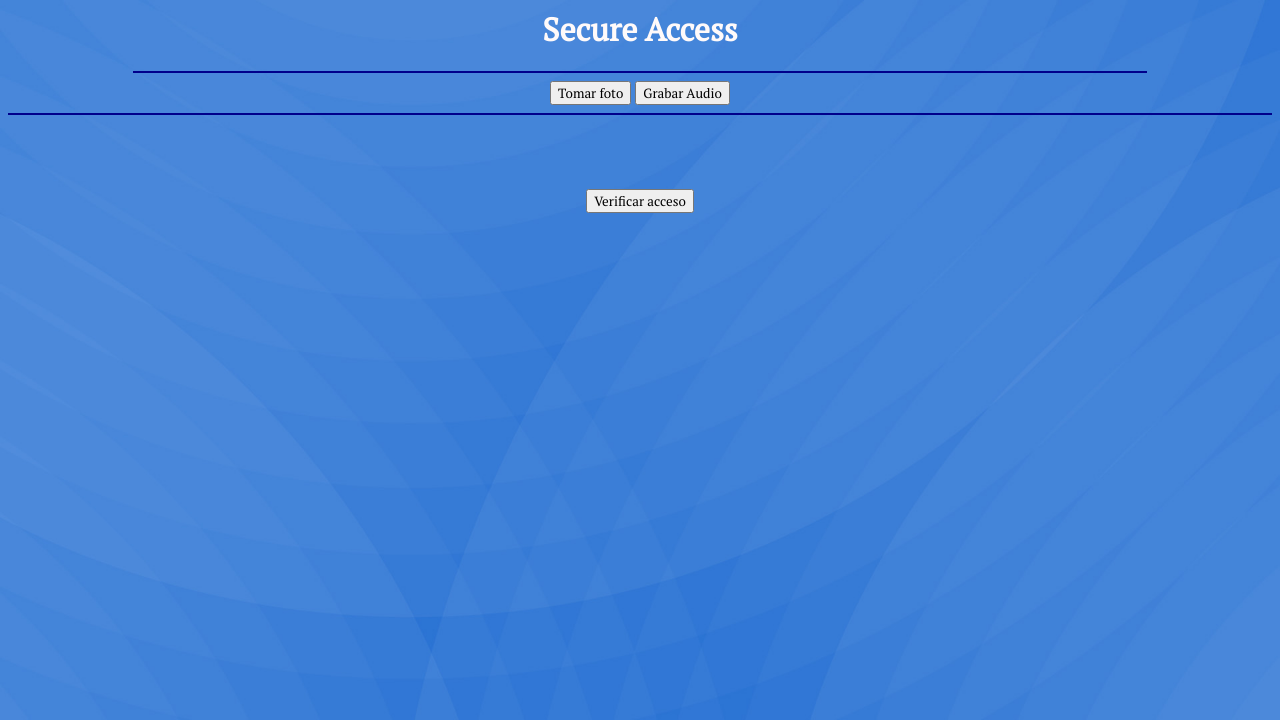
Repository: dabarreiroh/SECURE-ACCESS
Page: accessecure/templates/home/index.html
The author's editor kept a copy of each file at every save. The page is drawn from the files as they stood at one save, then again after the next save.
The browser window is 1280 px wide. The pictures show the whole page.

Above is the page before, as saved 2020-03-16 23:08:40.

After the next save:
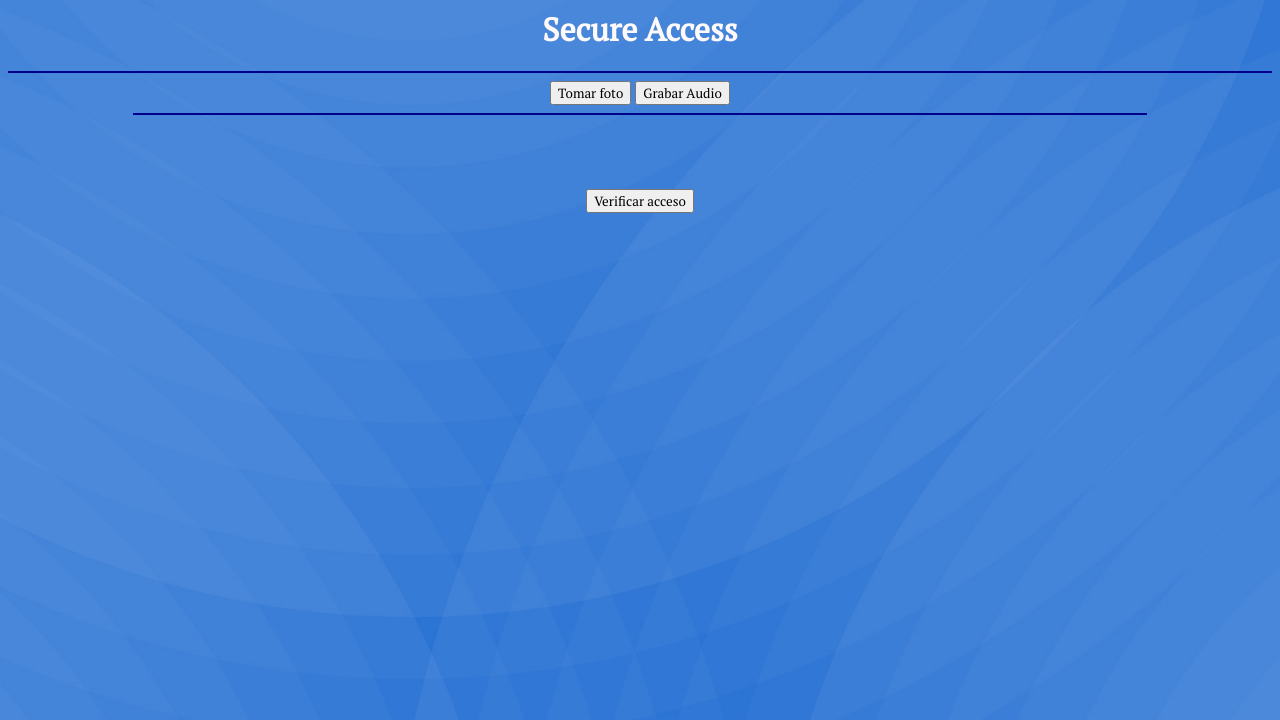
Saved 34 s later.
--- a/accessecure/templates/home/index.html
+++ b/accessecure/templates/home/index.html
@@ -7,10 +7,10 @@
 <body>
 
 <h1>Secure Access</h1>
-<hr width="80%">
+<hr>
         <input type="button" value="Tomar foto" onClick="window.location.href='photo'">
         <input type="button" value="Grabar Audio" onClick="window.location.href='audio'">
-        <hr>
+        <hr width="80%">
 
 
         <br><br><br>
